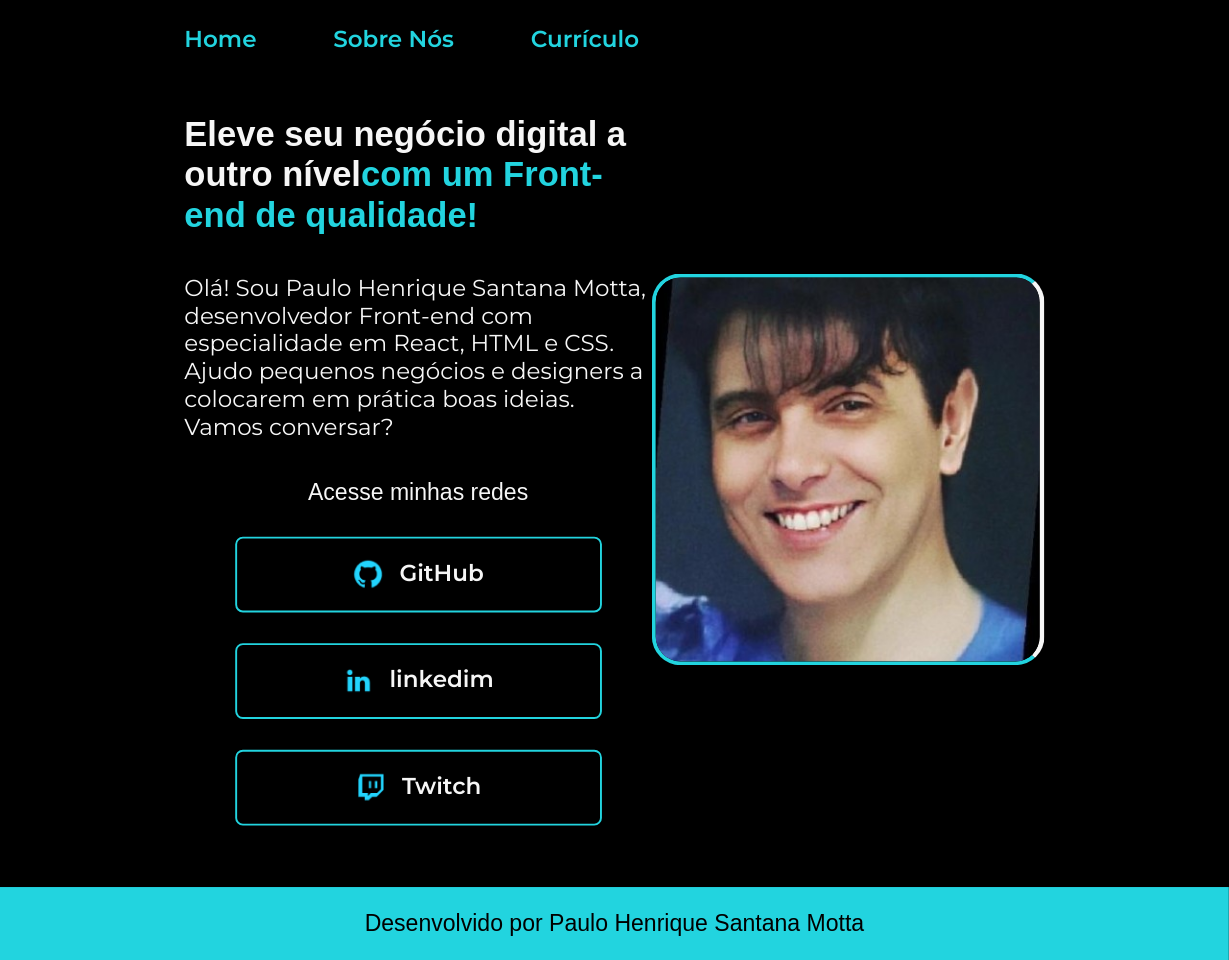
Repository: phsmottanerd/projeto-portfolio-alura
Page: index.html
An editor plug-in stored every save of this project. The page is shown before and after the next save, followed by the edit.
The browser window is 1280 px wide. The pictures show the whole page, at 96% of full size.
Some web fonts or font styles are not loaded; a fallback is used.

Above is the page before, as saved 2025-01-28 01:33:13.

### index.html
<!DOCTYPE html>
<html lang="pt-br">
  <head>
    <meta charset="UTF-8" />
    <meta http-equiv="X-UA-Compatible" content="IE=edge" />
    <meta name="viewport" content="width=device-width, initial-scale=1.0" />
    <title>Portifolio</title>
    <link rel="stylesheet" href="./estilos/style.css" />
  </head>

  <body>
    <header class="cabecalho">
      <nav class="cabecalho__menu">
        <a class="cabecalho__menu__link" href="index.html">Home</a>
        <a class="cabecalho__menu__link" href="about.html">Sobre Nós</a>
        <a class="cabecalho__menu__link">Currículo</a>
      </nav>
    </header>
    <main class="apresentacao">
      <section class="apresentacao__conteudo">
        <h1 class="apresentacao__conteudo__titulo">
          Eleve seu negócio digital a outro nível<strong class="titulo-destaque"
            >com um Front-end de qualidade!
          </strong>
        </h1>
        <p class="apresentacao__conteudo__texto">
          Olá! Sou Paulo Henrique Santana Motta, desenvolvedor Front-end com especialidade em
          React, HTML e CSS. Ajudo pequenos negócios e designers a colocarem em
          prática boas ideias. Vamos conversar?
        </p>
        <div class="apresentacao__links">
          <h2 class="apresentacao__links__subtitulo">Acesse minhas redes</h2>
          <a
            class="apresentacao__links__link"
            href="https://github.com/phsmottanerd"
          >
            <img src="./img/github.png" />
            GitHub
          </a>
          <a
            class="apresentacao__links__link"
            href="https://linkedim.com/phsmottanerd"
          >
            <img src="./img/linkedin.png" />
            linkedim
          </a>
          <a class="apresentacao__links__link" href="https://.com/phsmottanerd">
            <img src="./img/twitch.png" />
            Twitch
          </a>
        </div>
      </section>
      <img class="img-foto" src="./img/1722867171561.jpg" alt="Paulo Henrique Santana Motta  programandor" />
    </main>
    <footer class="rodape">
      <p>Desenvolvido por Paulo Henrique Santana Motta</p>
    </footer>
  </body>
</html>

### estilos/style.css
@import url("https://fonts.googleapis.com/css2?family=Krona+One&family=Montserrat:wght@400;600&display=swap");

:root {
  --cor-primaria: #000000;
  --cor-secundaria: #f6f6f6;
  --cor-terciaria: #22d4df;
  --cor-hover: #272727;
}

* {
  margin: 0;
  padding: 0;
}

body {
  box-sizing: border-box;
  background-color: var(--cor-primaria);
  color: var(--cor-secundaria);
}
.cabecalho {
  padding: 2% 0% 0% 15%;
}
.cabecalho__menu {
  display: flex;
  gap: 80px;
}

.cabecalho__menu__link {
  font-family: "Montserrat", sans-serif;
  font-size: 24px;
  font-weight: 600;
  color: var(--cor-terciaria);
  text-decoration: none;
}

.titulo-destaque {
  color: var(--cor-terciaria);
}

.apresentacao {
  padding: 5% 15%;
  display: flex;
  align-items: center;
  justify-content: space-between;
}
.apresentacao__conteudo {
  width: 615px;
  display: flex;
  flex-direction: column;
  gap: 40px;
}

.apresentacao__conteudo__titulo {
  font-size: 36px;
  font-family: "Krona One", sans-serif;
}

.apresentacao__conteudo__texto {
  font-size: 24px;
  font-family: "Montserrat", sans-serif;
}

.apresentacao__links {
  display: flex;
  flex-direction: column;
  justify-content: space-between;
  align-items: center;
  gap: 32px;
}
.apresentacao__links__subtitulo {
  font-family: "Krona One", sans-serif;
  font-weight: 400;
  font-size: 24px;
}
.apresentacao__links__link {
  /* background-color: #22D4FD; */
  justify-content: center;
  gap: 16px;
  display: flex;
  border: 2px solid var(--cor-terciaria);
  width: 378px;
  text-align: center;
  border-radius: 8px;
  font-size: 24px;
  font-weight: 600;
  padding: 21.5px 0;
  text-decoration: none;
  color: #f6f6f6;
  font-family: "Montserrat", sans-serif;
}
.apresentacao__links__link:hover {
  background-color: var(--cor-hover);
}
.rodape {
  padding: 24px;
  color: #000;
  background-color: var(--cor-terciaria);
  text-align: center;
  font-family: "Montsearrat", sans-serif;
  font-size: 24px;
  font-weight: 400;
}
.img-foto {
  border-radius: 30px;
  border: 4px solid #22d4Df;
  border-right: 5px solid;
  width: 500px;
  heighit: 500px;
}

After the next save:
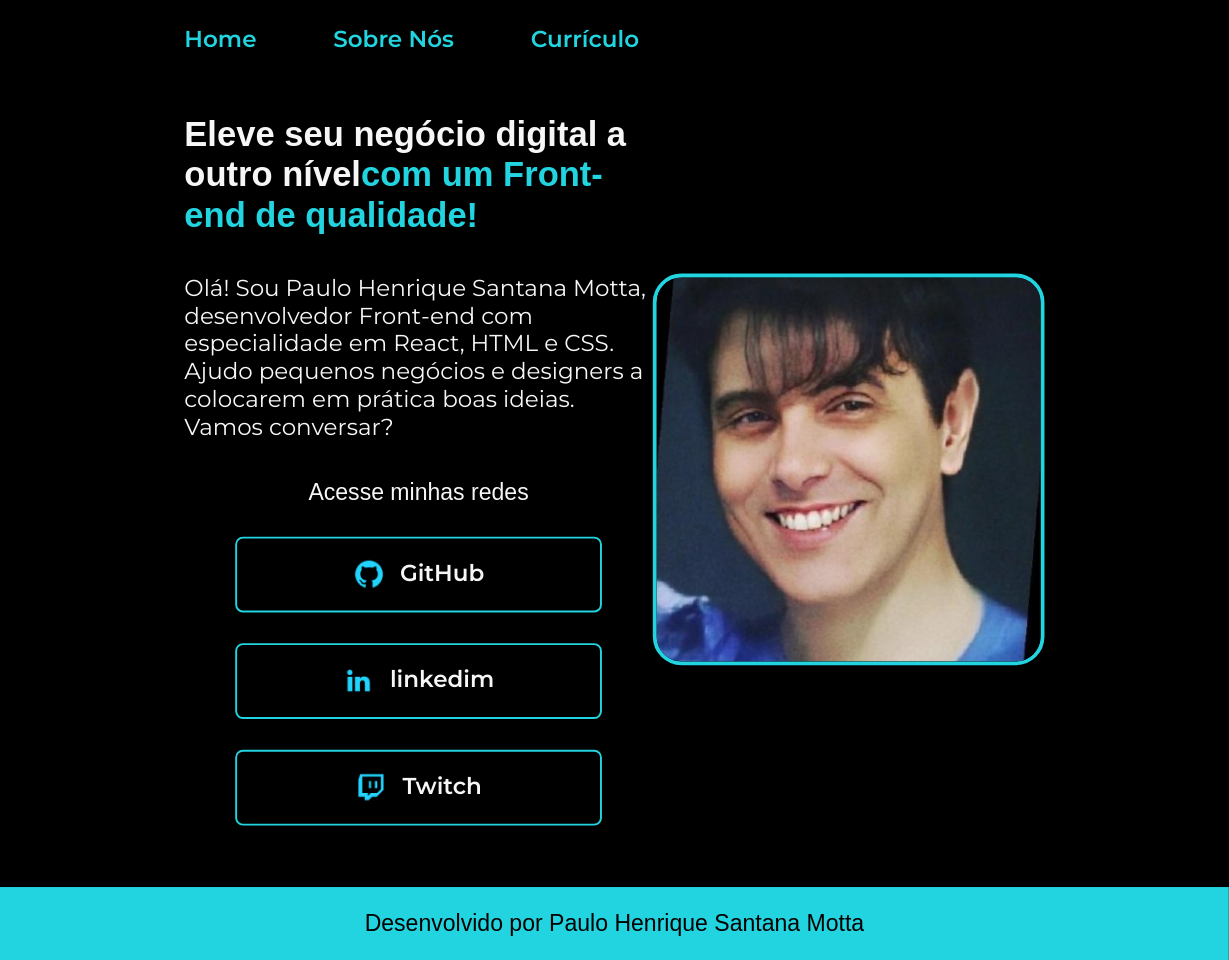
Saved 15 s later.
--- a/estilos/style.css
+++ b/estilos/style.css
@@ -103,7 +103,6 @@ body {
 .img-foto {
   border-radius: 30px;
   border: 4px solid #22d4Df;
-  border-right: 5px solid;
   width: 500px;
   heighit: 500px;
 }
